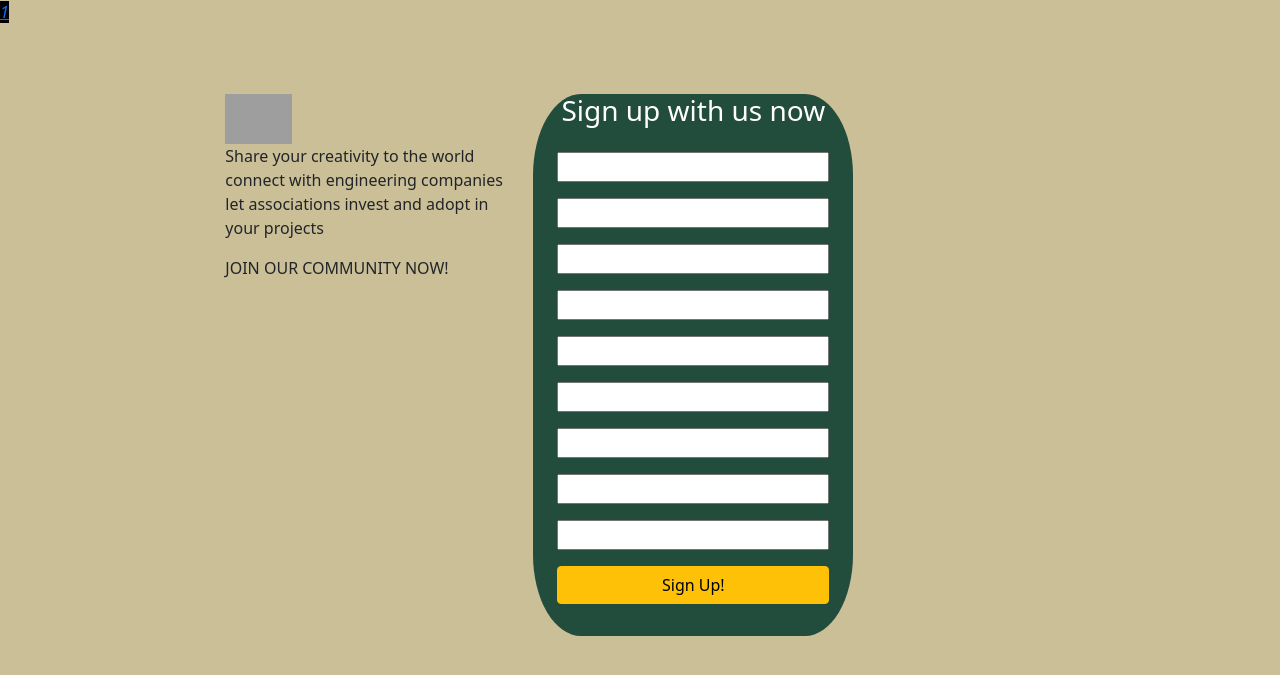
Repository: ahmadjamal-1997/Project-Taqadam
Page: http://localhost/Taqadam/WEB-INF/registrationstudent.jsp
An editor plug-in stored every save of this project. The page is shown before and after the next save, followed by the edit.
The browser window is 1280 px wide. The pictures show the whole page.
Pictures or frames that could not be fetched are drawn as grey boxes. The page is served by Tomcat 9. Nobody is signed in. The template is opened directly, without the code that normally fills it, so the values that code supplies are empty.

Above is the page before, as saved 2022-03-31 08:23:21.

After the next save:
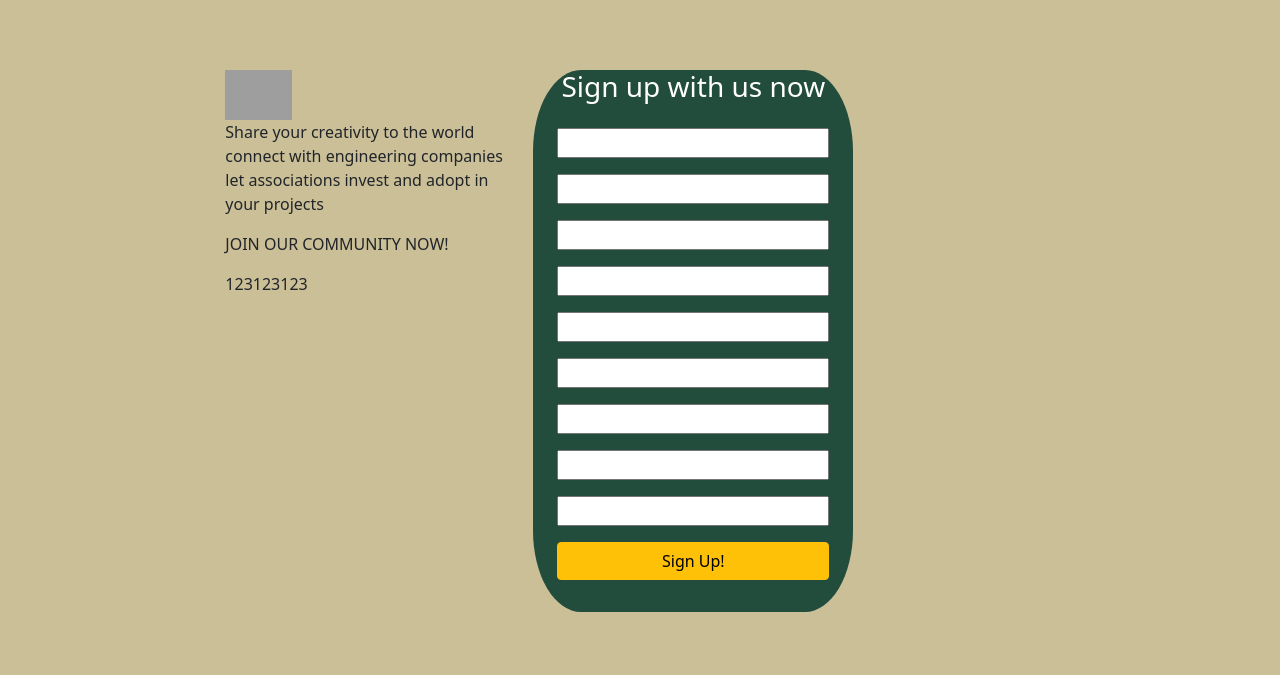
Saved 117 s later.
--- a/Taqadam-new/Taqadam-java/Taqadam-new/Taqadam/src/main/webapp/WEB-INF/registrationstudent.jsp
+++ b/Taqadam-new/Taqadam-java/Taqadam-new/Taqadam/src/main/webapp/WEB-INF/registrationstudent.jsp
@@ -28,7 +28,6 @@
     </style>
 </head>
 <body>
-<a href="#" style="background-color: black;"><i class="bi bi-instagram">1</i></a>
    <body style="background-color: #cbbf98;">
     <div class="container-fluid" >
         <div class="row" style="height: 70px;">
@@ -40,9 +39,7 @@
                 <p class="par">Share your creativity to the world<br>connect with engineering companies<br>
                 let associations invest and adopt in<br>your projects</p>
                 <p class="par">JOIN OUR COMMUNITY NOW!</p>
-                <p class="par"> <a href="" class="me-4 text-reset">
-                        <i class="bi bi-github"></i>
-                    </a></p>
+                <p>123123123</p>
             </div>
             <div class="col-3 form">
                     <h3 style="color: white;">Sign up with us now</h3>
